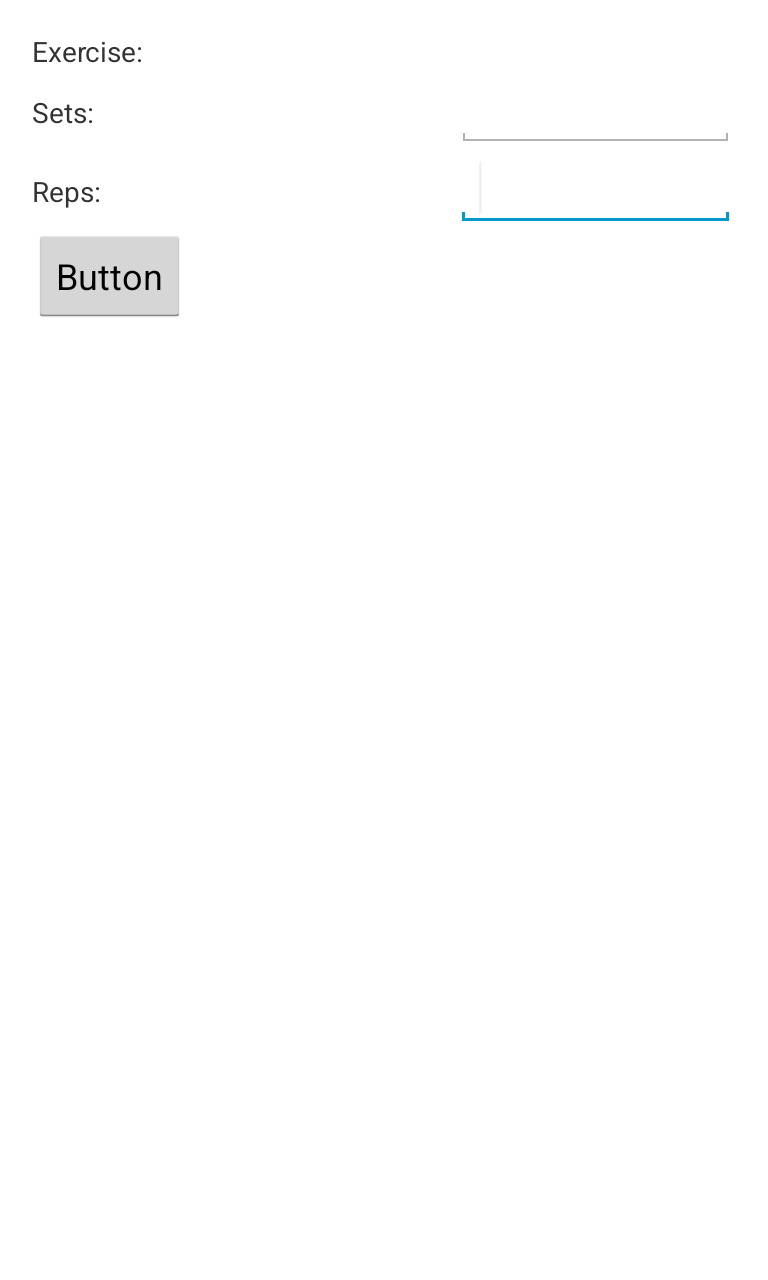
Repository: jmcdon09/EZWorkout
Layout: EzTrain/EzTrain/res/layout/activity_preview_exercise.xml
An editor plug-in stored every save of this project. The layout is shown before and after the next save, followed by the edit.
It is drawn on a 768 x 1280 px phone screen (xhdpi) without system bars, with theme AppTheme; the app's code is not run.

Above is the layout before, as saved 2014-03-27 23:32:29.

After the next save:
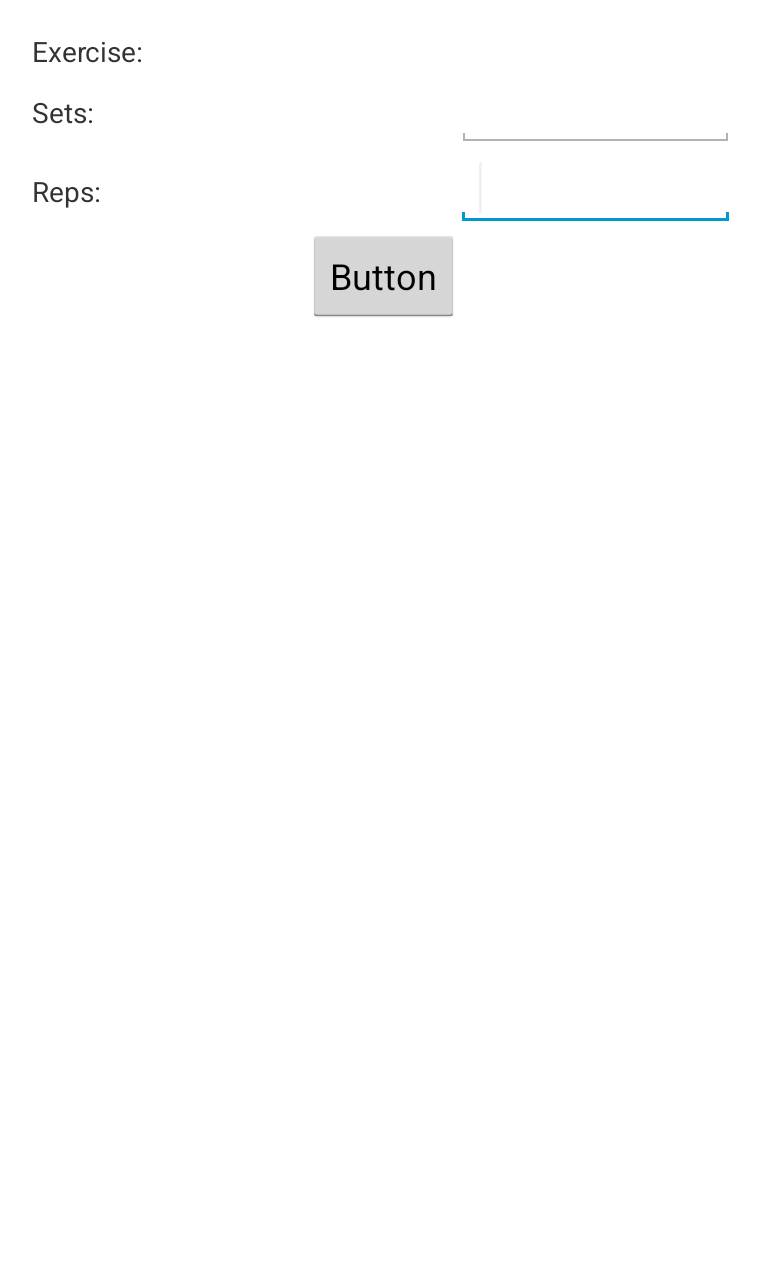
Saved 6 s later.
--- a/EzTrain/EzTrain/res/layout/activity_preview_exercise.xml
+++ b/EzTrain/EzTrain/res/layout/activity_preview_exercise.xml
@@ -81,7 +81,7 @@
     <Button
         android:id="@+id/button1"
         android:layout_width="wrap_content"
-        android:gravity="center"
+        android:layout_gravity="center"
         android:layout_height="wrap_content"
         android:text="Button" />
 
